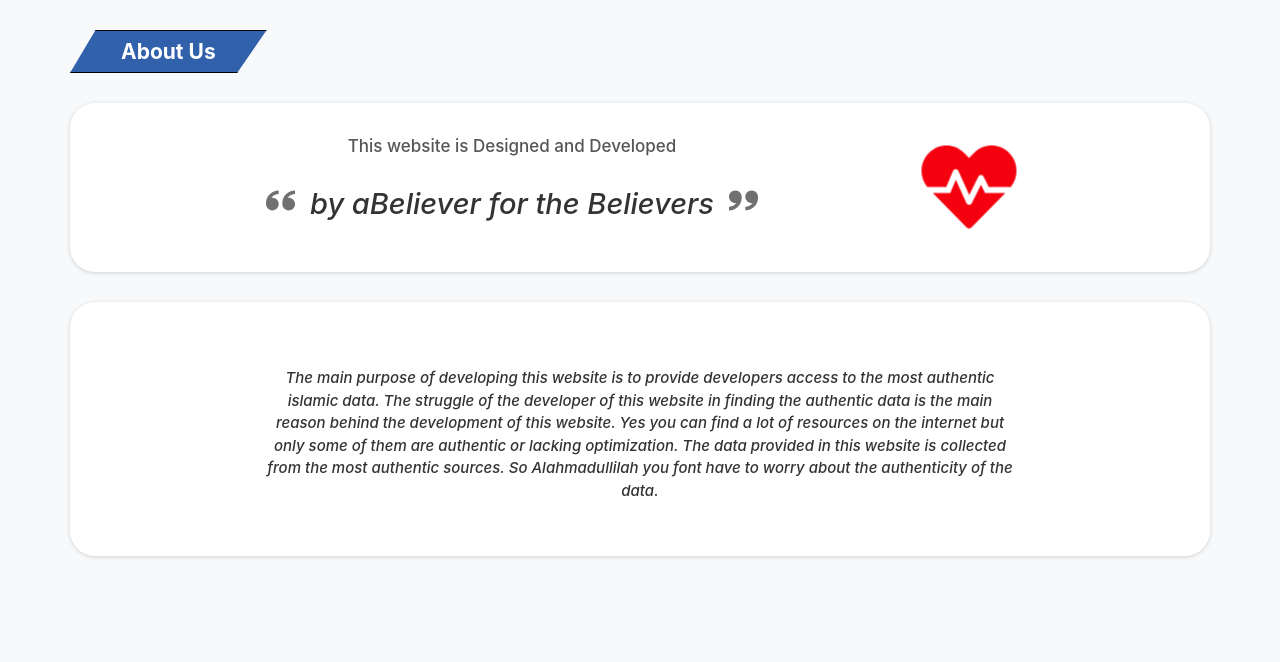
Repository: SpicierEwe/islamic-dev-repo
Page: /legal/about_us
These files come from the project's save history. The page is drawn as it stood at one moment and after the next save; the edit follows.
The browser window is 1280 px wide. The pictures show the whole page.
The project was rebuilt for these pictures with package versions that can differ from the ones it lists, and the page was loaded fresh each time. The framework's server and built-in components were replaced by stand-ins that run in the browser. Also part of the build but not shown: next.config.js.

Above is the page before, as saved 2022-09-16 17:33:30.

### pages/_app.js
import "../styles/globals.css";
import { DataContextProvider } from "../store/data_context";

function MyApp({ Component, pageProps }) {
  return (
    <DataContextProvider>
      <Component {...pageProps} />
    </DataContextProvider>
  );
}

export default MyApp;

### pages/legal/about_us.js
import AboutUs from "../../components/legal/about_us/about_us";

export default function Legal() {
  return (
    <div>
      <AboutUs></AboutUs>
    </div>
  );
}

### styles/globals.css
html,
body,
div,
span,
applet,
object,
iframe,
h1,
h2,
h3,
h4,
h5,
h6,
p,
blockquote,
pre,
a,
abbr,
acronym,
address,
big,
cite,
code,
del,
dfn,
em,
img,
ins,
kbd,
q,
s,
samp,
small,
strike,
strong,
sub,
sup,
tt,
var,
b,
u,
i,
center,
dl,
dt,
dd,
ol,
ul,
li,
fieldset,
form,
label,
legend,
table,
caption,
tbody,
tfoot,
thead,
tr,
th,
td,
article,
aside,
canvas,
details,
embed,
figure,
figcaption,
footer,
header,
hgroup,
menu,
nav,
output,
ruby,
section,
summary,
time,
mark,
audio,
video {
  margin: 0;
  padding: 0;
  border: 0;
  vertical-align: baseline;
}
/* HTML5 display-role reset for older browsers */
article,
aside,
details,
figcaption,
figure,
footer,
header,
hgroup,
menu,
nav,
section {
  display: block;
}
body {
  line-height: 1;
}
ol,
ul {
  list-style: none;
}
blockquote,
q {
  quotes: none;
}
blockquote:before,
blockquote:after,
q:before,
q:after {
  content: "";
  content: none;
}
table {
  border-collapse: collapse;
  border-spacing: 0;
}

/*

 ////////////////////////////////////////////////////////////////////////////from here are the styles
 //////////////////////////////////////////////////////////////////////////

*/

:root {
  --complementary-blue: #0077b6;
  --heading_black: #080808;
}

html {
  font-size: 62.5%;
}

html,
body {
  padding: 0;
  margin: 0;
  /* font-family: "Roboto", "Open Sans", sans-serif, -apple-system,
    BlinkMacSystemFont, Segoe UI, Roboto, Oxygen, Ubuntu, Cantarell, Fira Sans,
    Droid Sans, Helvetica Neue, sans-serif; */

  font-family: -apple-system, BlinkMacSystemFont, Segoe UI, Roboto, Oxygen,
    Ubuntu, Cantarell, Fira Sans, Droid Sans, Helvetica Neue, sans-serif;
  font-weight: 400;
  line-height: 1;
  color: #555;
  box-sizing: border-box;

  background-color: #f8f9fb;

  /* will make the website unselectable/copyable */
  /* -webkit-touch-callout: none;
  -webkit-user-select: none;
  -khtml-user-select: none;
  -moz-user-select: none;
  -ms-user-select: none;
  user-select: none; */
}

a {
  color: inherit;
  text-decoration: none;
}

* {
  box-sizing: border-box;
}

### store/data_context.js
import { createContext, useState } from "react";

const DataContext = createContext({
  db: [],
  downlodable_data: [],
  globaliseDataFunction: (data) => {},
  globaliseDownloadableData: (data) => {},
});

export function DataContextProvider(props) {
  const [db, setDb] = useState([]);
  const [downlodableData, setdownlodableData] = useState([]);

  // globalize db
  function globaliseData(data) {
    /// will update the data
    setDb(data);
  }

  // globalize db
  function globaliseDownloadableData(data) {
    /// will update the data
    setdownlodableData(data);
  }

  const context = {
    db: db,
    downlodable_data: downlodableData,
    globaliseDataFunction: globaliseData,
    globaliseDownloadableData: globaliseDownloadableData,
  };

  return (
    <DataContext.Provider value={context}>
      {props.children}
    </DataContext.Provider>
  );
}

export default DataContext;

### components/legal/about_us/about_us.js
import styles from "./about_us.module.css";
import Image from "next/image";
import { ImQuotesLeft, ImQuotesRight } from "react-icons/im";
import { FaHeartbeat } from "react-icons/fa";

export default function AboutUs(props) {
  return (
    <div className={styles.bg}>
      <h1 className={styles.page_title}>About Us</h1>
      <div className={styles.container_development}>
        <div>
          <p className={styles.intro}>This website is Designed and Developed</p>
          <blockquote>
            <h3 className={styles.quote}>
              <ImQuotesLeft color="#707070" style={{ marginRight: "1.5rem" }} />
              by aBeliever for the Believers
              <ImQuotesRight color="#707070" style={{ marginLeft: "1.5rem" }} />
            </h3>
          </blockquote>
        </div>
        <div className={styles.heart_icon}>
          <FaHeartbeat size="9rem" color="f4000e" />
        </div>
      </div>
      <div className={styles.container_development}>
        <p className={styles.summary}>
          The main purpose of developing this website is to provide developers
          access to the most authentic islamic data. The struggle of the
          developer of this website in finding the authentic data is the main
          reason behind the development of this website. Yes you can find a lot
          of resources on the internet but only some of them are authentic or
          lacking optimization. The data provided in this website is collected
          from the most authentic sources. So Alahmadullilah you font have to
          worry about the authenticity of the data.
        </p>
      </div>
    </div>
  );
}

### components/legal/about_us/about_us.module.css
.bg {
  /* background-color: red; */
  max-width: 120rem;
  padding: 0 3rem;
  margin: 0 auto;
}

.page_title {
  margin-top: 3rem;
  display: inline-block;
  clip-path: polygon(13% 0, 100% 0%, 85% 100%, 0% 100%);
  background-color: #3061aa;
  color: white;
  border: 1px solid black;
  padding: 1rem 5rem;
  font-size: 2.1rem;
}

.container_development {
  justify-content: center;
  align-items: center;
  display: flex;
  border-radius: 2.5rem;
  margin-top: 3rem;
  background-color: white;
  padding: 3.5rem 3rem;
  box-shadow: rgba(0, 0, 0, 0.16) 0px 1px 4px;
  justify-content: space-evenly;
}

.intro {
  text-align: center;
  font-weight: 500;
  color: #555;
  font-size: 1.7rem;
}

.quote {
  margin-top: 3rem;
  color: #333;
  font-weight: 500;
  font-size: 2.9rem;
  font-style: italic;
  padding-bottom: 1.9rem;
  text-align: center;
}

/* heart icon */
.heart_icon {
  animation: heartBeat 1.5s infinite;
}

/* heart icon animation */
@keyframes heartBeat {
  0% {
    transform: scale(1);
  }
  20% {
    transform: scale(1.1);
  }
  40% {
    transform: scale(1);
  }
  60% {
    transform: scale(1.1);
  }
  80% {
    transform: scale(1);
  }
  100% {
    transform: scale(1);
  }
}

.summary {
  margin-top: 3rem;
  max-width: 75rem;
  line-height: 1.5;
  color: #333;
  font-weight: 500;
  font-size: 1.5rem;
  font-style: italic;
  padding-bottom: 1.9rem;
  text-align: center;
}

/* media query */
@media (max-width: 768px) {
  .container_development {
    flex-direction: column;
    row-gap: 1.5rem;
  }
}

After the next save:
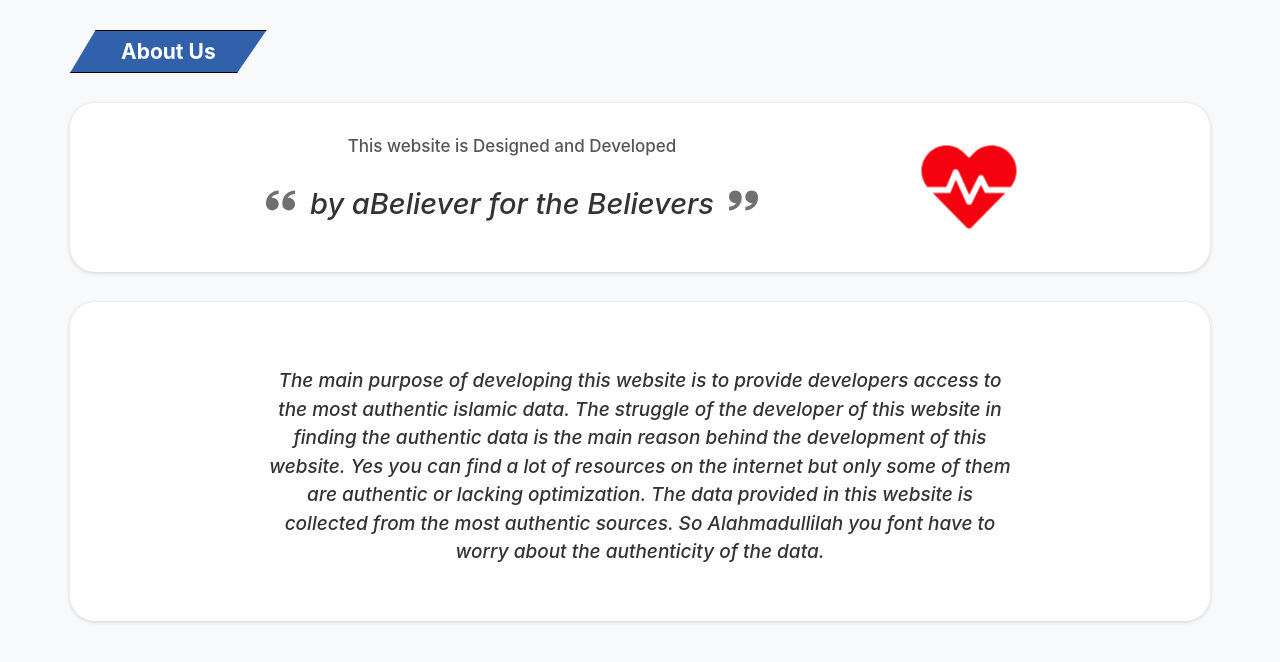
Saved 6 s later.
--- a/components/legal/about_us/about_us.module.css
+++ b/components/legal/about_us/about_us.module.css
@@ -78,7 +78,7 @@
   line-height: 1.5;
   color: #333;
   font-weight: 500;
-  font-size: 1.5rem;
+  font-size: 1.9rem;
   font-style: italic;
   padding-bottom: 1.9rem;
   text-align: center;
